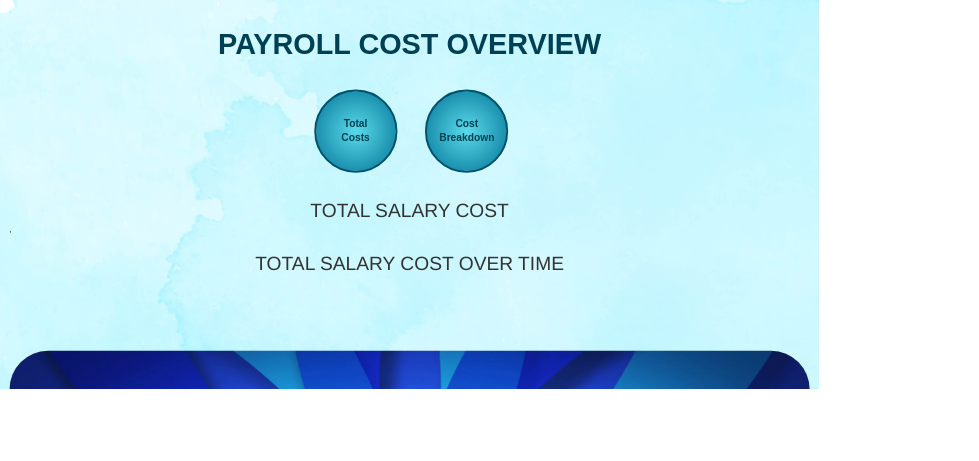
Repository: Code-Institute-Submissions/danfiliphoff-Milestoneproject-2
Page: total_cost.html
The author's editor kept a record of every edit. The page is drawn from the files as they stood at one moment, then again after the next edit.
The browser window is 1280 px wide. The page is 1280 px wide, then 1530 px, so the pictures cover 1530 px, including what lies to the right of the window. The pictures show the whole page, at 64% of full size.

Above is the page before.
Console error: SyntaxError: Unexpected token '.'

### total_cost.html
<!DOCTYPE html>
<html lang="en">
<head>
    <meta charset="UTF-8">
    <meta name="viewport" content="width=device-width, initial-scale=1.0">
    <meta http-equiv="X-UA-Compatible" content="ie=edge">
    <title>Payroll Dashboard</title>
    <link rel="stylesheet" href="static/css/style.css" type="text/css" />
    <link rel="stylesheet" href="static/pictures/html_background.jpg" type="image/jpg" />
    <link rel="stylesheet" href="https://stackpath.bootstrapcdn.com/bootstrap/3.3.7/css/bootstrap.min.css" type="text/css" />
    <link rel="stylesheet" href="https://stackpath.bootstrapcdn.com/font-awesome/4.7.0/css/font-awesome.min.css" type="text/css" />
    <script src="https://ajax.googleapis.com/ajax/libs/jquery/3.3.1/jquery.min.js"></script>
    <script src="https://maxcdn.bootstrapcdn.com/bootstrap/3.4.0/js/bootstrap.min.js"></script>
    <script src="static/js/d3.min.js"></script>
    <script src="static/js/d3-time-format.v2.min.js"></script>
    <script src="static/js/crossfilter.min.js"></script>
    <script src="static/js/dc.min.js"></script>
    <script src="static/js/queue.min.js"></script>
    <script src="static/js/total_cost.js"></script>
</head>

<body id="index-body-size,body-account">
    <div class="container-fluid" id="index-background">
        <header>
            <!--*******Title*********-->
                <div >
                   <div class="row">
                        <h1 class="col-md-12 paddingtitle title">
                             <a href="index.html" class="title">
                                 <span>Payroll Cost Overview</span>
                                 <br>
                             </a>
                        </h1>
                   </div>
                </div>
        </header>
        <div class = "body-account">
        <!--****** Navigation Buttons******-->
            <div class="mobile" id="indexcontent">
                <div class="row" id="center-btn">
                    <div class="col-md-12">
                        <form style="display: inline" action="total_cost.html" method="get">
                            <button class="mainbutton">
                                <span>Total<br> Costs</span>
                            </button>
                        </form>
                        <form style="display: inline" action="account.html" method="get">
                            <button class="mainbutton">
                                <span>Cost Breakdown</span>
                            </button>
                        </form>
                    </div>
                </div>
            </div>

            <!--*****Graphs******-->
            <div class="container">
                <div class="row">
                   <!--*****Pie Chart******-->
                    <section class="col-md-12">
                        <h2 class="h2-chart-heading">TOTAL SALARY COST</h2>
                        <div id="total-cost-pie-chart"></div>
                    </section>  '
                </div>
                <div class="row">
                    <!--*****Bar Chart******-->
                    <section class="col-md-12">
                        <h2 class="h2-chart-heading">TOTAL SALARY COST OVER TIME</h2>
                        <div id="total-cost-stacked-bar-chart"></div>
                    </section>
                </div>
            </div>
        </div>
        <!--****** Footer******-->
        <footer class="container-fluid footer-pinned">
            <div class="row footerbackgrund">
            </div>
        </footer>
    </div>
</body>
</html>

### static/css/style.css
/*--------HEADER-------*/
.paddingtitle{
    padding-top:25px;
    text-align: center;
}

.title {
    font-family: "Nunito", Arial;
    font-weight: 800;
    font-size: 45px;
    line-height: 50px;
    text-transform: uppercase;
    color:#004054;
    text-decoration: none !important;
    top: 0.5%;
    position: relative;
}

/*--------Index-------*/
#index-body-size{
    position: fixed;
    height: 100%;
    width: 100%;
    margin-top: -27px;
    margin-left: 0px;
}
#indexcontent{
    text-align: center;
    margin-top: 1%;
}

#welcome-text{
    max-width: 100px;
}

#center-btn{
    margin-right: 20px;
}

.mainbutton{
    border-radius: 50%;
    color: #004054;
    background: radial-gradient(#5adae9, #017296);
    height: 130px;
    width: 130px;
    font-family: "Nunito", Arial;
    font-weight: 800;
    font-size:16px;
    border: 3px solid #00516b;
    transition: all 0.5s;
    cursor: pointer;
    text-align: center;
    margin-bottom: 22px;
    margin-top: 22px;
    margin-left: 40px;
}

.mainbutton:hover{
  box-shadow: 0 12px 16px 0 rgba(0,0,0,0.24), 0 17px 50px 0 rgba(0,0,0,0.19);
}

.mainbutton span{
  cursor: pointer;
  display: inline-block;
  position: relative;
  transition: 0.5s;
}

.mainbutton span:after{
  content: '\00bb';
  position: absolute;
  opacity: 0;
  top: 0;
  right: -20px;
  transition: 0.5s;
}

.mainbutton:hover span{
  padding-right: 25px;
}

.mainbutton:hover span:after{
  opacity: 1;
  right: 0;
}




/*--------GENERAL-------*/

.navbar-fixed-bottom{
    margin-left: 20px;
    margin-right:24px;
}
#index-background{
    position: relative;
    background-repeat:no-repeat;
    background-size:cover;
    background-image: url("../pictures/html_background.jpg");
    height: 107%;
    width: 100%;
}

.body-account{
    padding-bottom:60px;
    height: 100%;
}

.topic-header{
  font-family: "Nunito", Arial;
  font-weight: 700;
  font-size:  43px;
  color:#004054;
  text-align: center;
}

.topic-text{
  font-family: "Nunito", Arial;
  color:black;
  font-size: 13px;
  text-decoration: none!important;
  text-align: justify;
  max-width: 203px;
  margin: 0 auto;
}

.container{
    width: 100% !important;
}

.h2-chart-heading{
    text-align: center;
}

/*--------------GRAPHS AND CHARTS-------------------*/

/*below hides y axis for accounts bar graph*/
#Cost-Per-Type
 .axis.y { display: none; }

/*below make sures that line grap renders as a line and not as an area*/
.line {
         fill: none;
         stroke: #004054;
         stroke-width: 6px;
         }


#Cost-Over-Time > svg > g > g.axis.x {
    font-size: 13.5px;
}

/*#Cost-Over-Time > svg > g > g.axis.x > g:nth-child(5){
    font-size: 10px;
}*/


#Cost-Per-Type > svg,
#Cost-Over-Time > svg,
#cost-per-account > svg,
#total-cost-pie-chart > svg,
#total-cost-stacked-bar-chart > svg{
    display:block;
    margin:auto;
}

#index-background > div.container > div:nth-child(2) > section{
    margin-top: 80px;
}

#cost-per-account > svg >.dc-legend{
    font-family: "Nunito", Arial;
    font-size: 16px;
    text-transform: uppercase;
    color:#004054;
}

#Cost-Over-Time > svg > g > g.axis.y,
#Cost-Over-Time > svg > g > g.axis.x,
#total-cost-stacked-bar-chart > svg > g > g.axis.y,
#total-cost-stacked-bar-chart > svg > g > g.axis.x{
    font-family: "Nunito", Arial;
    font-size: 16px;
    color:#004054;
}

#Cost-Over-Time > svg > g > g.axis.x > g > text{
    transform:rotate(-35deg);
    margin-top: 30px;
    text-anchor: end !important;
}

#Cost-Per-Type > svg > g > g.axis.x > g > text{
    text-anchor: end !important;
}

#Cost-Over-Time > svg{
    overflow: visible;
}

#Cost-Over-Time > svg > g > g.axis.x > g:nth-child(2){
    margin-top: 10px;
}


#total-cost-pie-chart > svg {
    margin-top:-260px;
    margin-bottom: -260px;
}


/*--------------FOOTER-------------------*/


.footerbackgrund{
  bottom: 0;
  margin-top: 50px;
  border-radius: 170px 170px 0px 0px;
  background-repeat:no-repeat;
  background-size:cover;
  background-image: url("../pictures/footerbackground.jpg");
  height: 60px;
}


/*-------------MEDIA QUERYS-----------*/
@media (max-width: 404px){
    .mainbutton{
        height: 85px;
        width: 85px;
        font-size: 11px;
    }
}



@media (min-width: 768px){

    .topic-text{
        font-size: 15px;
        max-width: 295px;
    }

    #index-body-size{
    margin-top: -31px;
    }

   .navbar-fixed-bottom {
    margin-bottom: -25px;
    }

}

@media  (min-width: 427px) and (max-width: 768px) {
    .title {
        font-weight: 800;
        font-size: 35px;
        line-height: 30px;
        padding-top: 20px;
    }

    .topic-header{
        font-size:  30px;
    }
}




@media  (min-width: 0px) and (max-width: 426px){
    .title{
        font-weight: 800;
        font-size: 24px;
        line-height: 40px;
        padding-top: 20px;
    }

    .topic-header{
        font-size:  25px;
    }


}


@media (max-width: 320px){
   .topic-text{
        font-size: 12px;
    }
}

### static/js/total_cost.js
/*steg:
1. skapa HTML.
2. skapa function
3.lägg till function under make graph*/

/*väntar med att skapa graf tills data är laddat*/
queue()
    .defer(d3.csv, "data/total_cost.csv")
    .await(makeTotalCostGraps);

function makeTotalCostGraps(error, totalCost){

    var parseDate = d3.time.format("%Y-%m-%d").parse;
        totalCost.forEach(function(d){
            d.PaymentDate = parseDate(d.PaymentDate);
        });


   var ndx=crossfilter(totalCost);
   makePie(ndx);
   StackedBarChartTotalCost(ndx);
   dc.renderAll();
}


/*skapar graf och hämtar data*/
function StackedBarChartTotalCost(ndx){
    var payment_date_dim_bar = ndx.dimension(dc.pluck("PaymentDate"));
    var minDate = payment_date_dim_bar.bottom(1)[0].PaymentDate;
    var maxDate = payment_date_dim_bar.top(1)[0].PaymentDate;
    var NettpayByMonth = payment_date_dim_bar.group().reduceSum(function (d) {
            if (d.Type === 'Nettpay') {
                return +d.Sum;
            } else {
                return 0;
            }
        });

    var TaxesByMonth = payment_date_dim_bar.group().reduceSum(function (d) {
            if (d.Type === 'Taxes') {
                return +d.Sum;
            } else {
                return 0;
            }
        });

    var SocialSecurityFeesByMonth = payment_date_dim_bar.group().reduceSum(function (d) {
            if (d.Type === 'Social Security Fees') {
                return +d.Sum;
            } else {
                return 0;
            }
        });

    dc.barChart('#total-cost-stacked-bar-chart')
            .width(1300)
            .height(800)
            .margins({top: 10, left: 80, right: 1, bottom: 50})
            .dimension(payment_date_dim_bar)
            .group(NettpayByMonth, "Nettpay")
            .stack(TaxesByMonth, "Taxes")
            .stack(SocialSecurityFeesByMonth, "Sociala")
            .renderLabel(true)/*gets total label for whole bar*/
            .elasticX(true)
            .xAxisPadding(10)
            .gap(15)
            .centerBar(true)
            .x(d3.time.scale().domain([minDate,maxDate]))
            .xUnits(d3.time.months)
           /* .barPadding(0.3)/*adjusts with of each bar*/
            .on('renderlet', function (chart) {
                //Check if labels exist
                var gLabels = chart.select(".labels");
                if (gLabels.empty()){
                    gLabels = chart.select(".chart-body").append('g').classed('labels', true);
                }

                var gLabelsData = gLabels.selectAll("text").data(chart.selectAll(".bar")[0]);
                gLabelsData.exit().remove(); //Remove unused elements
                gLabelsData.enter().append("text") //Add new elements
                gLabelsData
                .attr('text-anchor', 'middle')
                .attr('fill', 'white')
                .text(function(d){
                    text_object =  d3.select(d).datum().y
                    console.log(text_object)
                    return text_object
                })
                .attr('x', function(d){
                    return +d.getAttribute('x') + (d.getAttribute('width')/2);
                })
                .attr('y', function(d){ return +d.getAttribute('y') + 15; });
                .attr('style', function(d){
                    if (+d.getAttribute('height') < 100) return "display:none";
                });

            });
}




function makePie(ndx) {
    var type_dim = ndx.dimension(dc.pluck("Type"));
    var total_cost_pie_chart = type_dim.group().reduceSum(dc.pluck('Sum'));


    dc.pieChart('#total-cost-pie-chart')
        .legend(dc.legend().x(400).y(10).itemHeight(13).gap(5))
        .height(1000)
        .radius(200)
        .innerRadius(100)
        .transitionDuration(1500)
        .dimension(type_dim)
        .group(total_cost_pie_chart)
        .legend(dc.legend()
            .x(140)
            .y(180)
            .itemHeight(13)
            .gap(9)
            .legendText(function(d){return d.name + " " + d.data + " " + "KR (" +  Math.round((d.data/(8129071/100))*100)/100 + "%)"}))
        .renderLabel(false)
        .ordinalColors(['#1f78b4', '#F88212', '#2EA122']);
}

Loaded but not shown: static/js/d3.min.js (library); static/js/d3-time-format.v2.min.js (library); static/js/crossfilter.min.js (library); static/js/dc.min.js (library); static/js/queue.min.js (common file)

After the next edit:
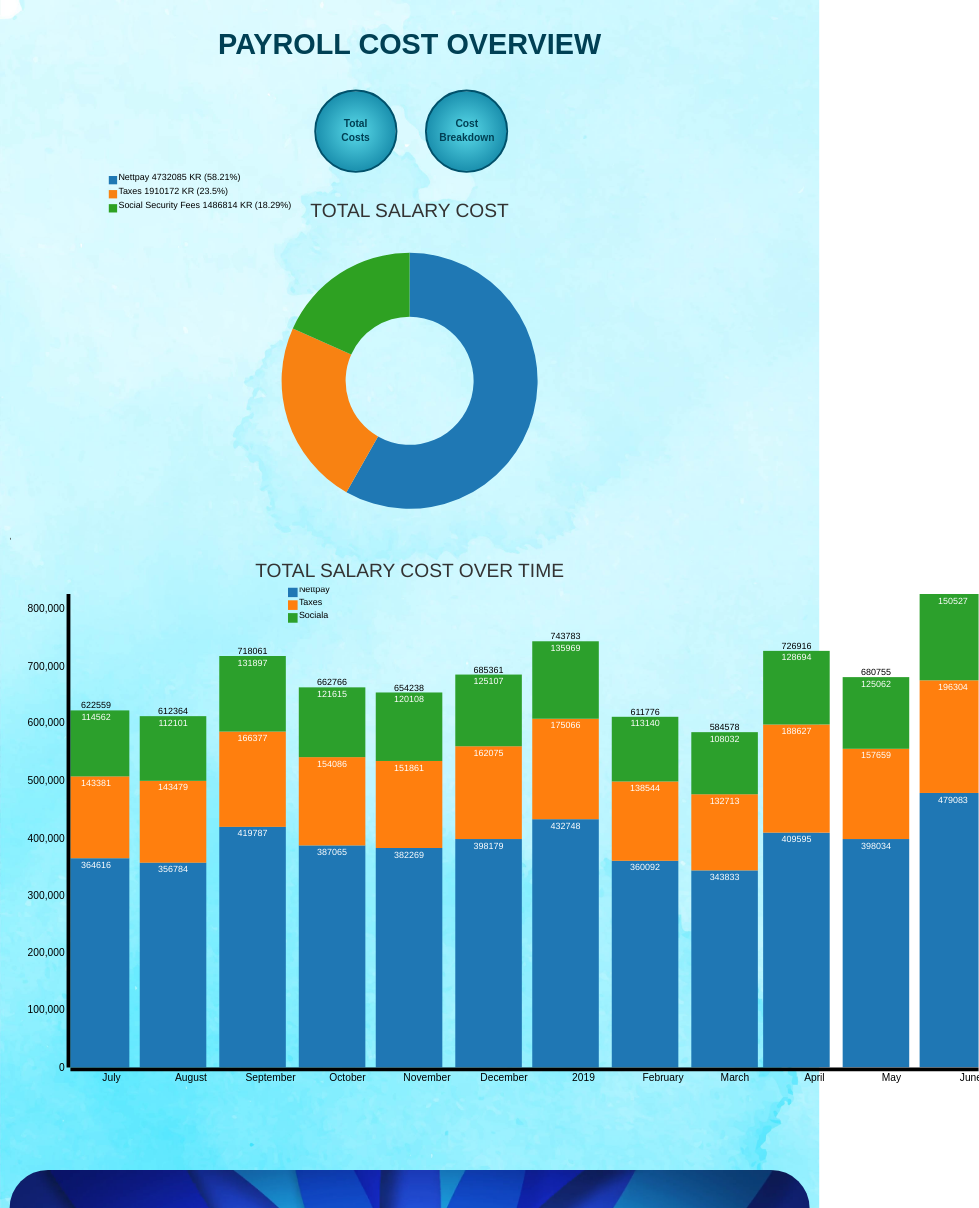
The error is gone.
The edit:
--- a/static/js/total_cost.js
+++ b/static/js/total_cost.js
@@ -23,7 +23,6 @@
 }
 
 
-/*skapar graf och hämtar data*/
 function StackedBarChartTotalCost(ndx){
     var payment_date_dim_bar = ndx.dimension(dc.pluck("PaymentDate"));
     var minDate = payment_date_dim_bar.bottom(1)[0].PaymentDate;
@@ -53,7 +52,7 @@
         });
 
     dc.barChart('#total-cost-stacked-bar-chart')
-            .width(1300)
+            .width(1500)
             .height(800)
             .margins({top: 10, left: 80, right: 1, bottom: 50})
             .dimension(payment_date_dim_bar)
@@ -68,6 +67,7 @@
             .x(d3.time.scale().domain([minDate,maxDate]))
             .xUnits(d3.time.months)
            /* .barPadding(0.3)/*adjusts with of each bar*/
+            .legend(dc.legend().x(420).y(0).itemHeight(15).gap(5))
             .on('renderlet', function (chart) {
                 //Check if labels exist
                 var gLabels = chart.select(".labels");
@@ -77,7 +77,7 @@
 
                 var gLabelsData = gLabels.selectAll("text").data(chart.selectAll(".bar")[0]);
                 gLabelsData.exit().remove(); //Remove unused elements
-                gLabelsData.enter().append("text") //Add new elements
+                gLabelsData.enter().append("text"); //Add new elements
                 gLabelsData
                 .attr('text-anchor', 'middle')
                 .attr('fill', 'white')
@@ -89,9 +89,9 @@
                 .attr('x', function(d){
                     return +d.getAttribute('x') + (d.getAttribute('width')/2);
                 })
-                .attr('y', function(d){ return +d.getAttribute('y') + 15; });
+                .attr('y', function(d){ return +d.getAttribute('y') + 15; })
                 .attr('style', function(d){
-                    if (+d.getAttribute('height') < 100) return "display:none";
+                    if (+d.getAttribute('height') < 18) return "display:none";
                 });
 
             });
